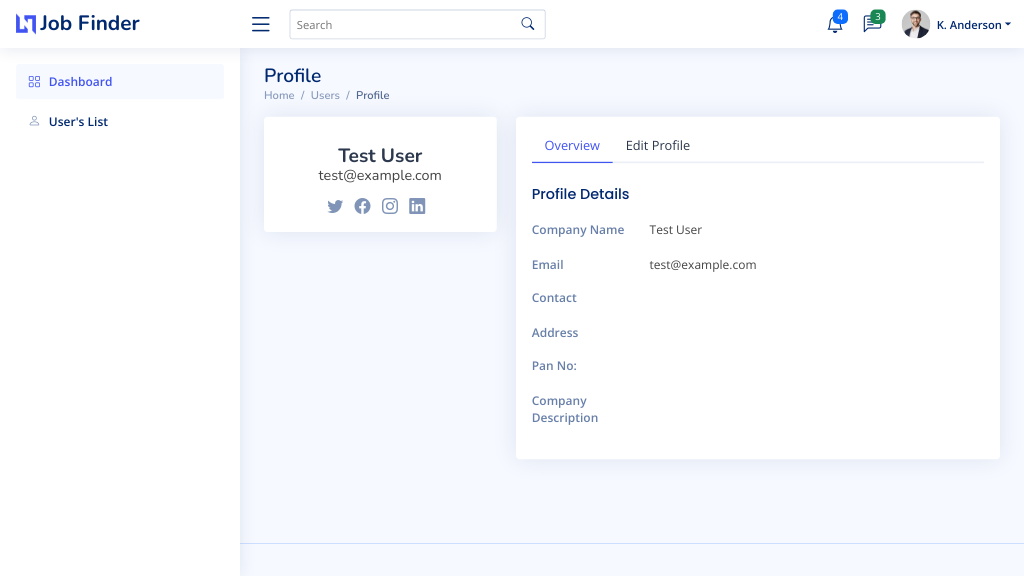
Repository: neha-rouniyar/jobfinder
Page: http://localhost/employer/my-profile
The author's editor kept a copy of each file at every save. The page is drawn from the files as they stood at one save, then again after the next save.
The browser window is 1280 px wide. The pictures show the whole page, at 80% of full size.
The page is served by the project's Laravel application, run on PHP 8.4 with Laravel 10. A made-up administrator, Test User (test@example.com), is signed in. Other server files are loaded and not shown.

Above is the page before, as saved 2023-12-21 22:40:21.

### routes/web.php
<?php

use App\Http\Controllers\Admin\AdminController;
use App\Http\Controllers\Employer\ProfileController;
use App\Http\Controllers\RegisterController;
use Illuminate\Support\Facades\Route;

/*
|--------------------------------------------------------------------------
| Web Routes
|--------------------------------------------------------------------------
|
| Here is where you can register web routes for your application. These
| routes are loaded by the RouteServiceProvider and all of them will
| be assigned to the "web" middleware group. Make something great!
|
*/

Route::get('/', function () {
    return view('welcome');
});

Route::get('/login-form',[RegisterController::class,'loginForm'])->name('login.form');
Route::get('/register-form',[RegisterController::class,'registerForm'])->name('register.form');
Route::get('/employer-form',[RegisterController::class,'employerForm'])->name('employer.form');
Route::post('/user/register-form',[RegisterController::class,'userRegisterStore'])->name('user.register.submit');
Route::post('/employer/register-form',[RegisterController::class,'companyRegisterStore'])->name('company.register.submit');
Route::post('/login-submit',[RegisterController::class,'loginAuthenticate'])->name('login.submit');





Route::get('/verify-email/{token}',[RegisterController::class,'verifyEmail'])->name('verify.email');


//admin page
Route::get('/admin-dashboard',[AdminController::class,'index'])->name('admin.dashboard');
Route::get('/admin-logout',[AdminController::class,'logout'])->name('admin.logout');
Route::get('/admin/users-list',[AdminController::class,'userList'])->name('admin.users.list');

//company only
Route::get('/employer/my-profile',[ProfileController::class,'myProfile'])->name('company.profile');



//common routes
// Route::get('/admin-dashboard',[AdminController::class,'index'])->name('common.dashboard');

### app/Models/User.php
<?php

namespace App\Models;

// use Illuminate\Contracts\Auth\MustVerifyEmail;
use Illuminate\Database\Eloquent\Factories\HasFactory;
use Illuminate\Foundation\Auth\User as Authenticatable;
use Illuminate\Notifications\Notifiable;
use Laravel\Sanctum\HasApiTokens;

class User extends Authenticatable
{
    use HasApiTokens, HasFactory, Notifiable;

    /**
     * The attributes that are mass assignable.
     *
     * @var array<int, string>
     */
    protected $fillable = [
        'name',
        'email',
        'password',
    ];

    /**
     * The attributes that should be hidden for serialization.
     *
     * @var array<int, string>
     */
    protected $hidden = [
        'password',
        'remember_token',
    ];

    /**
     * The attributes that should be cast.
     *
     * @var array<string, string>
     */
    protected $casts = [
        'email_verified_at' => 'datetime',
        'password' => 'hashed',
    ];
    public function emailVerification()
    {
        return $this->hasOne(EmailVerification::class);
    }
    public function roles()
    {
        return $this->belongsToMany(User::class,'user_roles','user_id','role_id');
    }

}

### app/Http/Controllers/Employer/ProfileController.php
<?php

namespace App\Http\Controllers\Employer;

use App\Http\Controllers\Controller;
use Illuminate\Http\Request;
use Illuminate\Support\Facades\Auth;

class ProfileController extends Controller
{
    public function myProfile(Request $request)
    {
        $user=Auth::user();
        // dd($user);
        return view('employer.myProfile',compact('user'));
    }
}

### resources/views/employer/myProfile.blade.php
@extends('admin.index')
@section('content')


      <main id="main" class="main">

        <div class="pagetitle">
          <h1>Profile</h1>
          <nav>
            <ol class="breadcrumb">
              <li class="breadcrumb-item"><a href="index.html">Home</a></li>
              <li class="breadcrumb-item">Users</li>
              <li class="breadcrumb-item active">Profile</li>
            </ol>
          </nav>
        </div><!-- End Page Title -->

        <section class="section profile">
          <div class="row">
            <div class="col-xl-4">

              <div class="card">
                <div class="card-body profile-card pt-4 d-flex flex-column align-items-center">

                  {{-- <img src="assets/img/profile-img.jpg" alt="Profile" class="rounded-circle"> --}}
                  <h2>{{Auth::user()->name}}</h2>
                  <h3>{{Auth::user()->email}}</h3>
                  <div class="social-links mt-2">
                    <a href="#" class="twitter"><i class="bi bi-twitter"></i></a>
                    <a href="#" class="facebook"><i class="bi bi-facebook"></i></a>
                    <a href="#" class="instagram"><i class="bi bi-instagram"></i></a>
                    <a href="#" class="linkedin"><i class="bi bi-linkedin"></i></a>
                  </div>
                </div>
              </div>

            </div>

            <div class="col-xl-8">

              <div class="card">
                <div class="card-body pt-3">
                  <!-- Bordered Tabs -->
                  <ul class="nav nav-tabs nav-tabs-bordered">

                    <li class="nav-item">
                      <button class="nav-link active" data-bs-toggle="tab" data-bs-target="#profile-overview">Overview</button>
                    </li>

                    <li class="nav-item">
                      <button class="nav-link" data-bs-toggle="tab" data-bs-target="#profile-edit">Edit Profile</button>
                    </li>

                  </ul>
                  <div class="tab-content pt-2">

                    <div class="tab-pane fade show active profile-overview" id="profile-overview">
                      {{-- <h5 class="card-title">About</h5> --}}
                      {{-- <p class="small fst-italic">Sunt est soluta temporibus accusantium neque nam maiores cumque temporibus. Tempora libero non est unde veniam est qui dolor. Ut sunt iure rerum quae quisquam autem eveniet perspiciatis odit. Fuga sequi sed ea saepe at unde.</p> --}}

                      <h5 class="card-title">Profile Details</h5>

                      <div class="row">
                        <div class="col-lg-3 col-md-4 label">Company Name</div>
                        <div class="col-lg-9 col-md-8">{{$user->name}}</div>
                      </div>

                      <div class="row">
                        <div class="col-lg-3 col-md-4 label">Email</div>
                        <div class="col-lg-9 col-md-8">{{$user->email}}</div>
                      </div>

                      <div class="row">
                        <div class="col-lg-3 col-md-4 label">Contact</div>
                        <div class="col-lg-9 col-md-8">{{$user->contact}}</div>
                      </div>

                      <div class="row">
                        <div class="col-lg-3 col-md-4 label">Address</div>
                        <div class="col-lg-9 col-md-8">{{$user->address}}</div>
                      </div>

                      <div class="row">
                        <div class="col-lg-3 col-md-4 label">Pan No:</div>
                        <div class="col-lg-9 col-md-8">{{$user->pan_no}}</div>
                      </div>

                      <div class="row">
                        <div class="col-lg-3 col-md-4 label">Company Description</div>
                        <div class="col-lg-9 col-md-8">{{$user->company_desc}}</div>
                      </div>

                    </div>

                    <div class="tab-pane fade profile-edit pt-3" id="profile-edit">

                      <!-- Profile Edit Form -->
                      <form>
                        <div class="row mb-3">
                          {{-- <label for="profileImage" class="col-md-4 col-lg-3 col-form-label">Profile Image</label> --}}
                          <div class="col-md-8 col-lg-9">
                            {{-- <img src="assets/img/profile-img.jpg" alt="Profile"> --}}
                            <div class="pt-2">
                              {{-- <a href="#" class="btn btn-primary btn-sm" title="Upload new profile image"><i class="bi bi-upload"></i></a> --}}
                              {{-- <a href="#" class="btn btn-danger btn-sm" title="Remove my profile image"><i class="bi bi-trash"></i></a> --}}
                            </div>
                          </div>
                        </div>

                        <div class="row mb-3">
                          <label for="fullName" class="col-md-4 col-lg-3 col-form-label">Full Name</label>
                          <div class="col-md-8 col-lg-9">
                            <input name="fullName" type="text" class="form-control" id="fullName" value="Kevin Anderson">
                          </div>
                        </div>

                        <div class="row mb-3">
                          <label for="about" class="col-md-4 col-lg-3 col-form-label">About</label>
                          <div class="col-md-8 col-lg-9">
                            <textarea name="about" class="form-control" id="about" style="height: 100px">Sunt est soluta temporibus accusantium neque nam maiores cumque temporibus. Tempora libero non est unde veniam est qui dolor. Ut sunt iure rerum quae quisquam autem eveniet perspiciatis odit. Fuga sequi sed ea saepe at unde.</textarea>
                          </div>
                        </div>

                        <div class="row mb-3">
                          <label for="company" class="col-md-4 col-lg-3 col-form-label">Company</label>
                          <div class="col-md-8 col-lg-9">
                            <input name="company" type="text" class="form-control" id="company" value="Lueilwitz, Wisoky and Leuschke">
                          </div>
                        </div>

                        <div class="row mb-3">
                          <label for="Job" class="col-md-4 col-lg-3 col-form-label">Job</label>
                          <div class="col-md-8 col-lg-9">
                            <input name="job" type="text" class="form-control" id="Job" value="Web Designer">
                          </div>
                        </div>

                        <div class="row mb-3">
                          <label for="Country" class="col-md-4 col-lg-3 col-form-label">Country</label>
                          <div class="col-md-8 col-lg-9">
                            <input name="country" type="text" class="form-control" id="Country" value="USA">
                          </div>
                        </div>

                        <div class="row mb-3">
                          <label for="Address" class="col-md-4 col-lg-3 col-form-label">Address</label>
                          <div class="col-md-8 col-lg-9">
                            <input name="address" type="text" class="form-control" id="Address" value="A108 Adam Street, New York, NY 535022">
                          </div>
                        </div>

                        <div class="row mb-3">
                          <label for="Phone" class="col-md-4 col-lg-3 col-form-label">Phone</label>
                          <div class="col-md-8 col-lg-9">
                            <input name="phone" type="text" class="form-control" id="Phone" value="(436) 486-3538 x29071">
                          </div>
                        </div>

                        <div class="row mb-3">
                          <label for="Email" class="col-md-4 col-lg-3 col-form-label">Email</label>
                          <div class="col-md-8 col-lg-9">
                            <input name="email" type="email" class="form-control" id="Email" value="k.anderson@example.com">
                          </div>
                        </div>

                        <div class="row mb-3">
                          <label for="Twitter" class="col-md-4 col-lg-3 col-form-label">Twitter Profile</label>
                          <div class="col-md-8 col-lg-9">
                            <input name="twitter" type="text" class="form-control" id="Twitter" value="https://twitter.com/#">
                          </div>
                        </div>

                        <div class="row mb-3">
                          <label for="Facebook" class="col-md-4 col-lg-3 col-form-label">Facebook Profile</label>
                          <div class="col-md-8 col-lg-9">
                            <input name="facebook" type="text" class="form-control" id="Facebook" value="https://facebook.com/#">
                          </div>
                        </div>

                        <div class="row mb-3">
                          <label for="Instagram" class="col-md-4 col-lg-3 col-form-label">Instagram Profile</label>
                          <div class="col-md-8 col-lg-9">
                            <input name="instagram" type="text" class="form-control" id="Instagram" value="https://instagram.com/#">
                          </div>
                        </div>

                        <div class="row mb-3">
                          <label for="Linkedin" class="col-md-4 col-lg-3 col-form-label">Linkedin Profile</label>
                          <div class="col-md-8 col-lg-9">
                            <input name="linkedin" type="text" class="form-control" id="Linkedin" value="https://linkedin.com/#">
                          </div>
                        </div>

                        <div class="text-center">
                          <button type="submit" class="btn btn-primary">Save Changes</button>
                        </div>
                      </form><!-- End Profile Edit Form -->

                    </div>



                  </div><!-- End Bordered Tabs -->

                </div>
              </div>

            </div>
          </div>
        </section>

      </main>



@endsection

### resources/views/admin/index.blade.php
<!DOCTYPE html>
<html lang="en">

<head>
  <meta charset="utf-8">
  <meta content="width=device-width, initial-scale=1.0" name="viewport">

  <title>Dashboard - NiceAdmin Bootstrap Template</title>
  <meta content="" name="description">
  <meta content="" name="keywords">

  <!-- Favicons -->
  <link href="assets/img/favicon.png" rel="icon">
  <link href="assets/img/apple-touch-icon.png" rel="apple-touch-icon">

  @include('admin.adminfiles.css')
</head>
<body>

  <!-- ======= Header ======== -->
@include('admin.adminfiles.navbar')


  <!-- ======= Sidebar ======= -->
  @include('admin.adminfiles.sidebar')

  @yield('content')
  <!-- End #main -->

  <!-- ======= Footer ======= -->
@include('admin.adminfiles.footer')
  <!-- End Footer -->

  <a href="#" class="back-to-top d-flex align-items-center justify-content-center"><i class="bi bi-arrow-up-short"></i></a>

  <!-- Vendor JS Files -->
@include('admin.adminfiles.js')

</body>

</html>

### resources/views/admin/adminfiles/css.blade.php
<link href="https://fonts.gstatic.com" rel="preconnect">
  <link href="https://fonts.googleapis.com/css?family=Open+Sans:300,300i,400,400i,600,600i,700,700i|Nunito:300,300i,400,400i,600,600i,700,700i|Poppins:300,300i,400,400i,500,500i,600,600i,700,700i" rel="stylesheet">

  <!-- Vendor CSS Files -->
  <link href="{{asset('adminasset/vendor/bootstrap/css/bootstrap.min.css')}}" rel="stylesheet">
  <link href="{{asset('adminasset/vendor/bootstrap-icons/bootstrap-icons.css')}}" rel="stylesheet">
  <link href="{{asset('adminasset/vendor/boxicons/css/boxicons.min.css')}}" rel="stylesheet">
  <link href="{{asset('adminasset/vendor/quill/quill.snow.css')}}" rel="stylesheet">
  <link href="{{asset('adminasset/vendor/quill/quill.bubble.css')}}" rel="stylesheet">
  <link href="{{asset('adminasset/vendor/remixicon/remixicon.css')}}" rel="stylesheet">
  <link href="{{asset('adminasset/vendor/simple-datatables/style.css')}}" rel="stylesheet">

  <!-- Template Main CSS File -->
  <link href="{{asset('adminasset/css/style.css')}}" rel="stylesheet">

### resources/views/admin/adminfiles/sidebar.blade.php
<aside id="sidebar" class="sidebar">

    <ul class="sidebar-nav" id="sidebar-nav">

      <li class="nav-item">
        <a class="nav-link " href="">
          <i class="bi bi-grid"></i>
          <span>Dashboard</span>
        </a>
      </li>
      @if (Auth::check() && Auth::user()->usertype == 'admin')
      <li class="nav-item">
        <a class="nav-link collapsed" href="{{route('admin.users.list')}}">
            <i class="bi bi-person"></i>
            <span>User's List</span>
        </a>
      </li>
  @endif
  @if (Auth::check() && Auth::user()->usertype == 'employer')
      <li class="nav-item">
        <a class="nav-link collapsed" href="{{route('company.profile')}}">
            <i class="bi bi-person"></i>
            <span>Company Profile</span>
        </a>
      </li>
      <li class="nav-item">
        <a class="nav-link collapsed" href="">
            <i class="bi bi-person"></i>
            <span>Jobs Posted</span>
        </a>
      </li>
      <li class="nav-item">
        <a class="nav-link collapsed" href="">
            <i class="bi bi-person"></i>
            <span>Applicants</span>
        </a>
      </li>
  @endif


      {{-- <li class="nav-item">
        <a class="nav-link collapsed" href="pages-faq.html">
          <i class="bi bi-question-circle"></i>
          <span>F.A.Q</span>
        </a>
      </li><!-- End F.A.Q Page Nav -->

      <li class="nav-item">
        <a class="nav-link collapsed" href="pages-contact.html">
          <i class="bi bi-envelope"></i>
          <span>Contact</span>
        </a>
      </li><!-- End Contact Page Nav -->

      <li class="nav-item">
        <a class="nav-link collapsed" href="pages-register.html">
          <i class="bi bi-card-list"></i>
          <span>Register</span>
        </a>
      </li><!-- End Register Page Nav -->

      <li class="nav-item">
        <a class="nav-link collapsed" href="pages-login.html">
          <i class="bi bi-box-arrow-in-right"></i>
          <span>Login</span>
        </a>
      </li><!-- End Login Page Nav -->

      <li class="nav-item">
        <a class="nav-link collapsed" href="pages-error-404.html">
          <i class="bi bi-dash-circle"></i>
          <span>Error 404</span>
        </a>
      </li><!-- End Error 404 Page Nav -->

      <li class="nav-item">
        <a class="nav-link collapsed" href="pages-blank.html">
          <i class="bi bi-file-earmark"></i>
          <span>Blank</span>
        </a>
      </li><!-- End Blank Page Nav --> --}}

    </ul>

  </aside>

### resources/views/admin/adminfiles/footer.blade.php

<footer id="footer" class="footer">
    {{-- <div class="copyright">
      &copy; Copyright <strong><span>NiceAdmin</span></strong>. All Rights Reserved
    </div>
    <div class="credits">
      <!-- All the links in the footer should remain intact. -->
      <!-- You can delete the links only if you purchased the pro version. -->
      <!-- Licensing information: https://bootstrapmade.com/license/ -->
      <!-- Purchase the pro version with working PHP/AJAX contact form: https://bootstrapmade.com/nice-admin-bootstrap-admin-html-template/ -->
      Designed by <a href="https://bootstrapmade.com/">BootstrapMade</a>
    </div> --}}
  </footer>

### resources/views/admin/adminfiles/js.blade.php
<script src="https://khalti.com/static/khalti-checkout.js"></script>
{{-- <script src="{{asset('adminasset/js/jquery.js')}}"></script> --}}
<script src="{{asset('adminasset/vendor/apexcharts/apexcharts.min.js')}}"></script>
<script src="{{asset('adminasset/vendor/bootstrap/js/bootstrap.bundle.min.js')}}"></script>
<script src="{{asset('adminasset/vendor/chart.js/chart.umd.js')}}"></script>
<script src="{{asset('adminasset/vendor/echarts/echarts.min.js')}}"></script>
<script src="{{asset('adminasset/vendor/quill/quill.min.js')}}"></script>
<script src="{{asset('adminasset/vendor/simple-datatables/simple-datatables.js')}}"></script>
<script src="{{asset('adminasset/vendor/tinymce/tinymce.min.js')}}"></script>
<script src="{{asset('adminasset/vendor/php-email-form/validate.js')}}"></script>

<!-- Template Main JS File -->
<script src="{{asset('adminasset/js/main.js')}}"></script>

Loaded but not shown: app/Http/Controllers/Controller.php (common file); public/adminasset/js/main.js (321 lines, source omitted); public/adminasset/css/style.css (1236 lines, source omitted); resources/views/admin/adminfiles/navbar.blade.php (228 lines, source omitted)

After the next save:
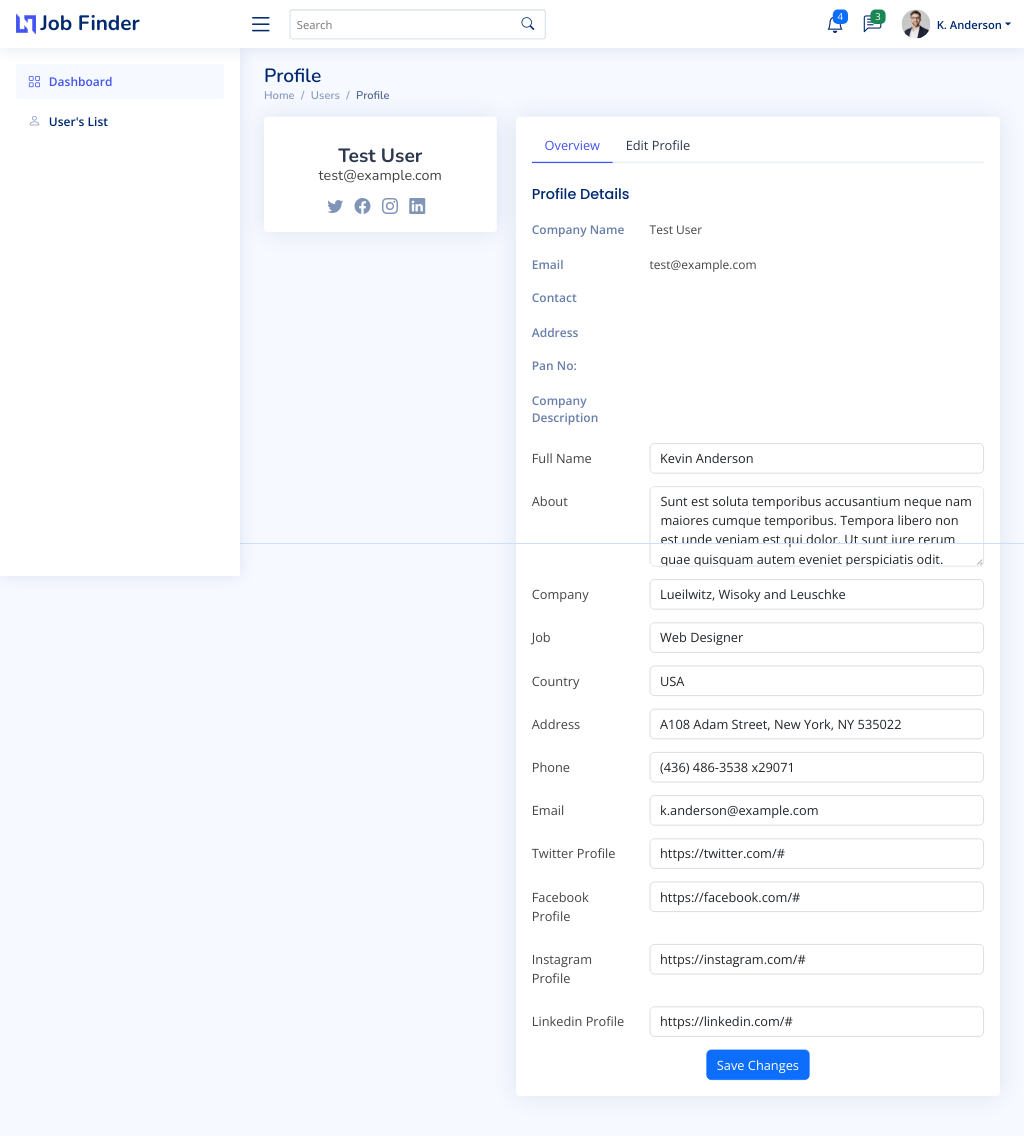
Saved 4 s later.
--- a/resources/views/employer/myProfile.blade.php
+++ b/resources/views/employer/myProfile.blade.php
@@ -100,7 +100,7 @@
                           {{-- <label for="profileImage" class="col-md-4 col-lg-3 col-form-label">Profile Image</label> --}}
                           <div class="col-md-8 col-lg-9">
                             {{-- <img src="assets/img/profile-img.jpg" alt="Profile"> --}}
-                            <div class="pt-2">
+                            {{-- <div class="pt-2"> --}}
                               {{-- <a href="#" class="btn btn-primary btn-sm" title="Upload new profile image"><i class="bi bi-upload"></i></a> --}}
                               {{-- <a href="#" class="btn btn-danger btn-sm" title="Remove my profile image"><i class="bi bi-trash"></i></a> --}}
                             </div>

After the 2 saves that followed:
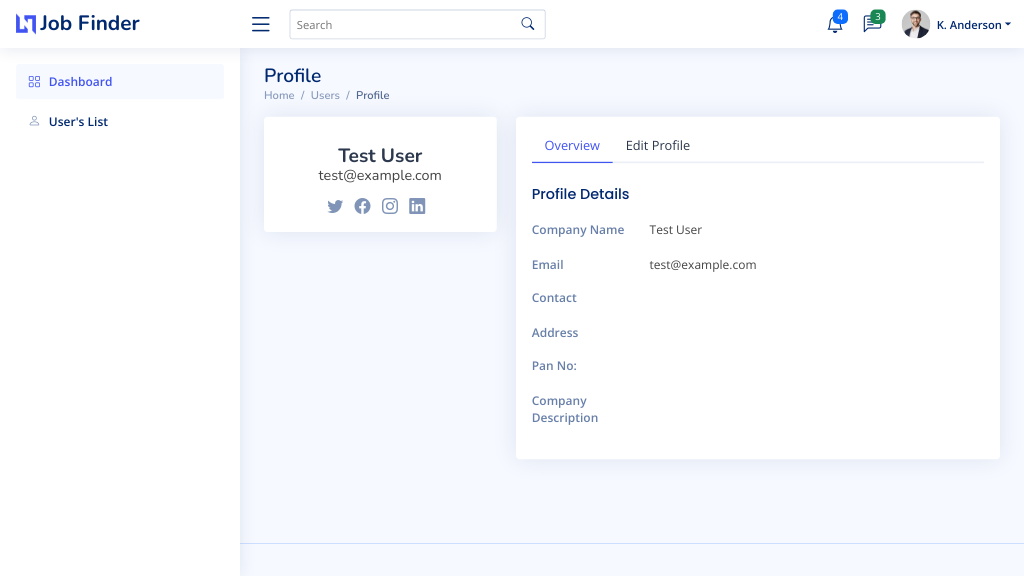
The 2 saves are shown as one change because they came seconds apart.
The last was saved 7 s later.
--- a/resources/views/employer/myProfile.blade.php
+++ b/resources/views/employer/myProfile.blade.php
@@ -96,16 +96,16 @@
 
                       <!-- Profile Edit Form -->
                       <form>
-                        <div class="row mb-3">
-                          {{-- <label for="profileImage" class="col-md-4 col-lg-3 col-form-label">Profile Image</label> --}}
-                          <div class="col-md-8 col-lg-9">
-                            {{-- <img src="assets/img/profile-img.jpg" alt="Profile"> --}}
-                            {{-- <div class="pt-2"> --}}
-                              {{-- <a href="#" class="btn btn-primary btn-sm" title="Upload new profile image"><i class="bi bi-upload"></i></a> --}}
-                              {{-- <a href="#" class="btn btn-danger btn-sm" title="Remove my profile image"><i class="bi bi-trash"></i></a> --}}
+                        {{-- <div class="row mb-3">
+                          <label for="profileImage" class="col-md-4 col-lg-3 col-form-label">Profile Image</label>
+                          <div class="col-md-8 col-lg-9">
+                            <img src="assets/img/profile-img.jpg" alt="Profile">
+                            <div class="pt-2">
+                              <a href="#" class="btn btn-primary btn-sm" title="Upload new profile image"><i class="bi bi-upload"></i></a>
+                              <a href="#" class="btn btn-danger btn-sm" title="Remove my profile image"><i class="bi bi-trash"></i></a>
                             </div>
                           </div>
-                        </div>
+                        </div> --}}
 
                         <div class="row mb-3">
                           <label for="fullName" class="col-md-4 col-lg-3 col-form-label">Full Name</label>
